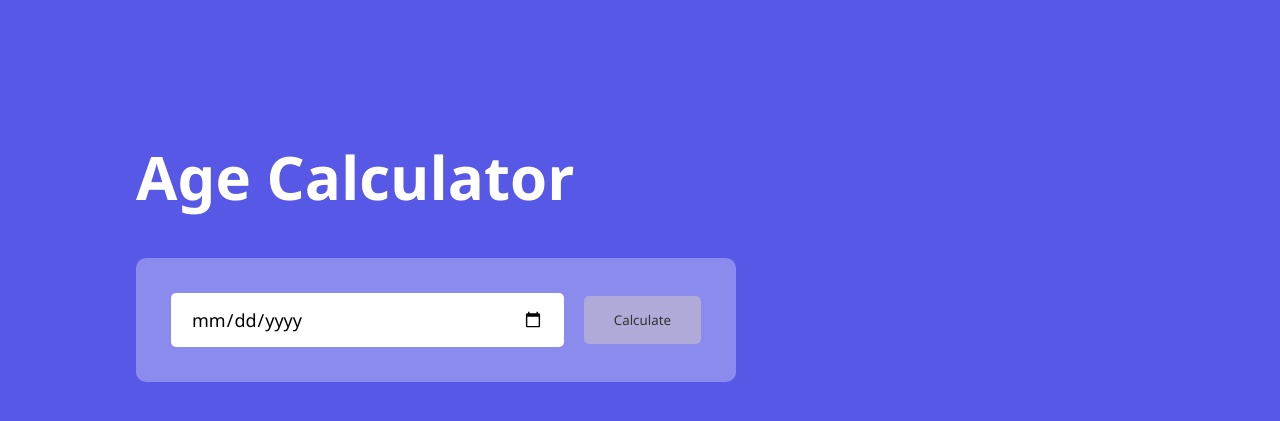
Repository: Thamayanthi-Narayanan/Age-Calculator
Page: index.html
These files come from the project's save history. The page is drawn as it stood at one moment and after the next save; the edit follows.
The browser window is 1280 px wide. The pictures show the whole page.

Above is the page before, as saved 2025-05-23 07:13:12.

### index.html
<!DOCTYPE html>
<html lang="en">
<head>
    <meta charset="UTF-8">
    <meta name="viewport" content="width=device-width, initial-scale=1.0">
    <title>Age Calculator</title>
    <link rel="stylesheet" href="style.css">
</head>
<body>
    <div class="container">
        <div class="calculator">
            <h1>Age Calculator</h1>
            <div class="input-box">
                <input type="date" id="date">
                <button onclick="calculateAge()">Calculate</button>
            </div>
            <p id="result"></p>
        </div>
    </div>

    <script>
        let userInput = document.getElementById("date");
        // to calculate todays date and past date not the future date
        userInput.max = new Date().toISOString().split("T")[0];
        let result = document.getElementById ("result");
        // function for calculating age

        function calculateAge(){
            let birthDate = new Date(userInput.value); // when we select any date in the input-box that will be stored here

            // then we need the each information day month and yr
            let d1 = birthDate.getDate();
            let m1 = birthDate.getMonth() +1; // +1 is for the month will start from the zero
            let y1 = birthDate.getFullYear();

            // todays date to calculate the diff (current date)
            let today = new Date();

            let d2 = today.getDate();
            let m2 = today.getMonth() +1;
            let y2 = today.getFullYear();

            // save the diff (yr diff)

            let d3, m3, y3;

            y3 = y2 - y1;

            if(m2 >=m1){ // todays month is greater thean birth month
                m3 = m2 - m1;
            }else{
                y3--; // we will dec the value of yrs
                m3 = 12 + m2 - m1;
            }

            // day diff

            if (d2 >=d1){
                d3 = d2 - d1;
            }else {
                m3--;
                d3 = getDaysInMonth(y1, m1) + d2 - d1;
            }
            // if the months get negative bcoz we are minusing m3--
            if(m3 < 0){
                m3 = 11;
                y3--; // we will decrease the yr
            }
            result.innerHTML = `You are <span>${y3}</span> years, <span>${m3}</span> months and <span>${d3}</span> days old`;
        }

        function getDaysInMonth(year,month){
            return new Date(year,month ,0).getDate(); // it will retuen last date of the month
        }
    </script>
</body>
</html>

### style.css
*{
    margin: 0;
    padding: 0;
    font-family: 'Segoe UI', Tahoma, Geneva, Verdana, sans-serif;
    box-sizing: border-box;
}
.container{
    width: 100%;
    min-height: 100vh;
    background-color: rgb(88, 88, 230);
    color: #fff;
    padding: 10px;
}
.calculator{
    width: 100%;
    max-width: 600px;
    margin-left: 10%;
    margin-top: 10%;
}
.calculator h1{
    font-size: 60px;
}
.input-box{
    margin: 40px 0;
    padding: 35px;
    border-radius: 10px;
    background-color: rgba(255, 255, 255, 0.3);
    display: flex;
    align-items: center;
}
.input-box input{
    flex: 1;
    margin-right: 20px;
    padding: 14px 20px;
    border: 0;
    outline: 0;
    font-size: 18px;
    border-radius: 5px;
    position: relative;
}
.input-box button{
    background: #afaad7;
    border: 0;
    outline: 0;
    padding: 15px 30px;
    border-radius: 5px;
    font-weight: 500;
    color: #333;
    cursor: pointer;
}

#result{
    font-size: 20px;
}
#result span{
    color: #ffff76;
}

After the next save:
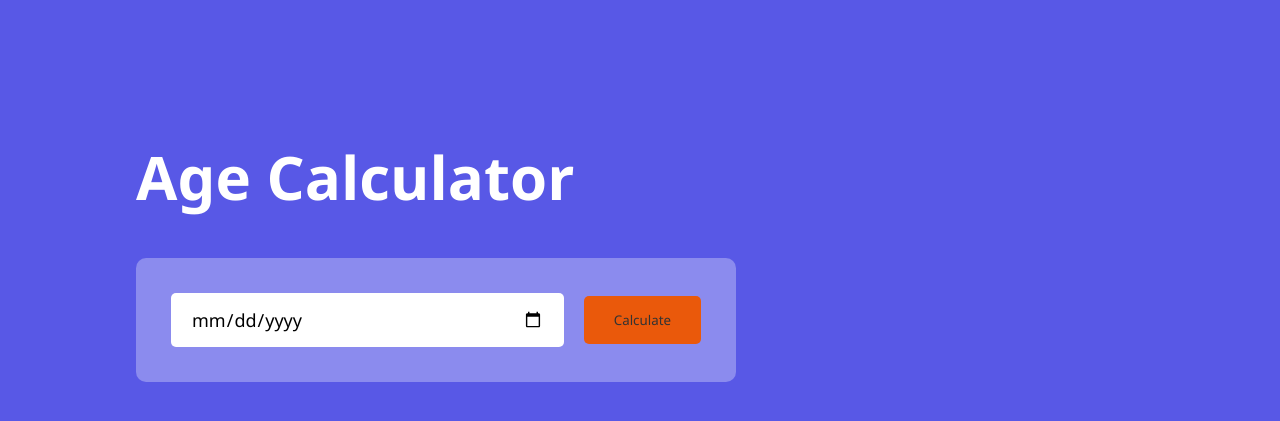
Saved 6 s later.
--- a/style.css
+++ b/style.css
@@ -39,7 +39,7 @@
     position: relative;
 }
 .input-box button{
-    background: #afaad7;
+    background: #ea590b;
     border: 0;
     outline: 0;
     padding: 15px 30px;
